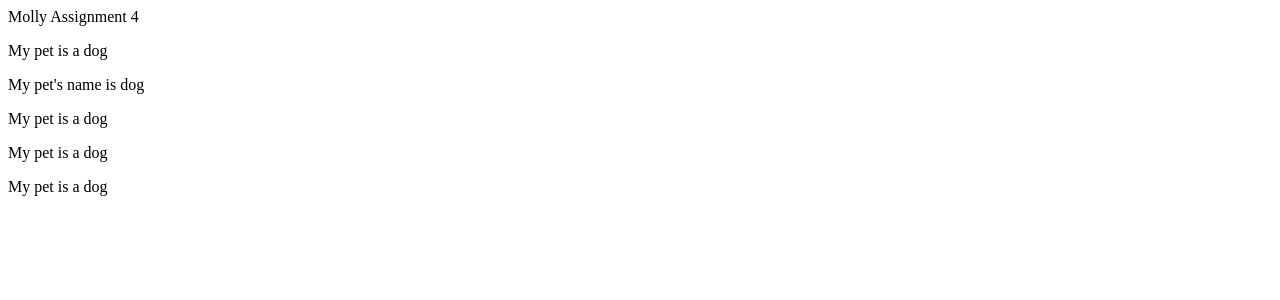
Repository: m0llyc00k/web-advanced
Page: a-3/index_MC_a4.html
The author's editor kept a record of every edit. The page is drawn from the files as they stood at one moment, then again after the next edit.
The browser window is 1280 px wide. The pictures show the whole page.

Above is the page before.

### a-3/index_MC_a4.html
<!DOCTYPE html>

<html>

<head>
  <meta charset="utf-8">
  <meta name="viewport" content="width=device-width">

  <title>Molly Cook</title>
  <meta name="description" content="Spring 2022 Class">
  <meta name="author" content="Parsons Faculty">
</head>

<body>

  <header>Molly Assignment 4</header>

  <p id="typeAnswer"></p>
  <p id="nameAnswer"></p>
  <p id="ageAnswer"></p>
  <p id="colorAnswer"></p>
  <p id="toyAnswer"></p>


  <script>
    const myPet = '{"What is your pet\'s name?": "Spot", "What type of pet do you have?": "dog", "What is your pet\'s age?": 12, "What is your pet\'s color?": "brown and white", "What\'s your pet\'s favorite toy?": "bone" }';

    const myObj = JSON.parse(myPet);

    document.getElementById("typeAnswer").innerHTML = "My pet is a " + myObj["What type of pet do you have?"];
    document.getElementById("nameAnswer").innerHTML = "My pet\'s name is " + myObj["What type of pet do you have?"];
    document.getElementById("ageAnswer").innerHTML = "My pet is a " + myObj["What type of pet do you have?"];
    document.getElementById("colorAnswer").innerHTML = "My pet is a " + myObj["What type of pet do you have?"];
    document.getElementById("toyAnswer").innerHTML = "My pet is a " + myObj["What type of pet do you have?"];

  </script>
</body>

</html>

After the next edit:
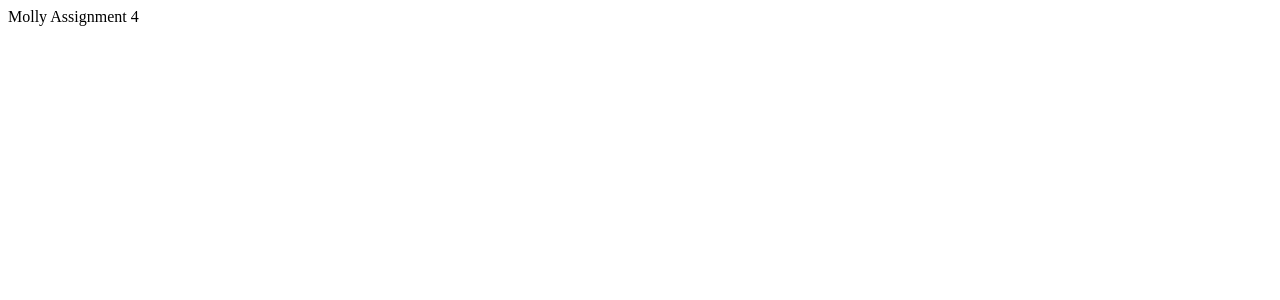
Console error: SyntaxError: Unexpected string
The edit:
--- a/a-3/index_MC_a4.html
+++ b/a-3/index_MC_a4.html
@@ -29,9 +29,9 @@
 
     document.getElementById("typeAnswer").innerHTML = "My pet is a " + myObj["What type of pet do you have?"];
     document.getElementById("nameAnswer").innerHTML = "My pet\'s name is " + myObj["What type of pet do you have?"];
-    document.getElementById("ageAnswer").innerHTML = "My pet is a " + myObj["What type of pet do you have?"];
-    document.getElementById("colorAnswer").innerHTML = "My pet is a " + myObj["What type of pet do you have?"];
-    document.getElementById("toyAnswer").innerHTML = "My pet is a " + myObj["What type of pet do you have?"];
+    document.getElementById("ageAnswer").innerHTML = "My pet is " + myObj["What is your pet\'s age?"] + " years old."
+    document.getElementById("colorAnswer").innerHTML = "My pet is " + myObj["What is your pet\'s color?"];
+    document.getElementById("toyAnswer").innerHTML = " loves his " + myObj["What\'s your pet\'s favorite toy?"] "!";
 
   </script>
 </body>

After the 2 edits that followed:
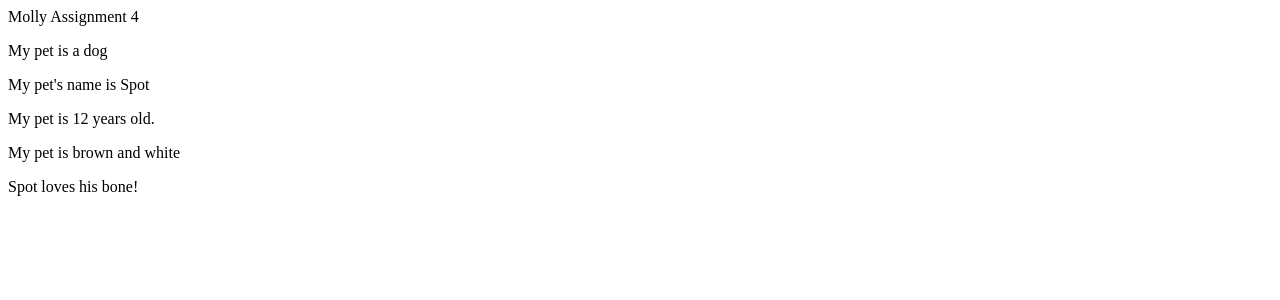
The error is gone.
The 2 edits are shown as one change because 1 left the picture as it was.
The edit:
--- a/a-3/index_MC_a4.html
+++ b/a-3/index_MC_a4.html
@@ -28,10 +28,10 @@
     const myObj = JSON.parse(myPet);
 
     document.getElementById("typeAnswer").innerHTML = "My pet is a " + myObj["What type of pet do you have?"];
-    document.getElementById("nameAnswer").innerHTML = "My pet\'s name is " + myObj["What type of pet do you have?"];
+    document.getElementById("nameAnswer").innerHTML = "My pet\'s name is " + myObj["What is your pet\'s name?"];
     document.getElementById("ageAnswer").innerHTML = "My pet is " + myObj["What is your pet\'s age?"] + " years old."
     document.getElementById("colorAnswer").innerHTML = "My pet is " + myObj["What is your pet\'s color?"];
-    document.getElementById("toyAnswer").innerHTML = " loves his " + myObj["What\'s your pet\'s favorite toy?"] "!";
+    document.getElementById("toyAnswer").innerHTML = myObj["What is your pet\'s name?"] + " loves his " + myObj["What\'s your pet\'s favorite toy?"] + "!";
 
   </script>
 </body>
